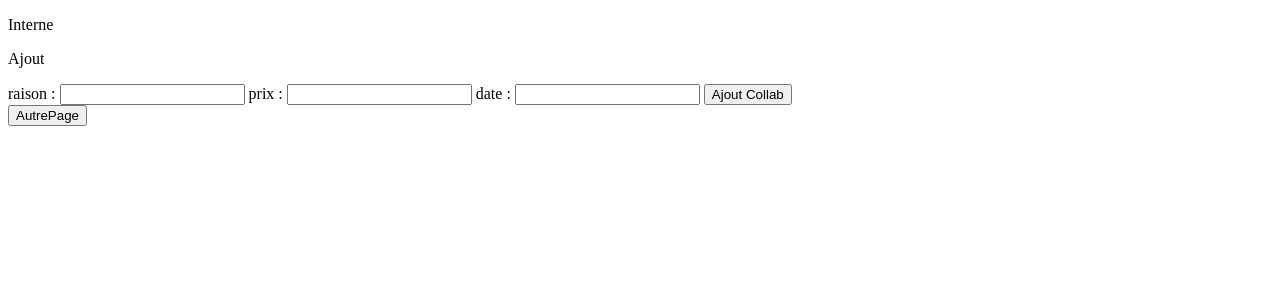
Repository: Shakibaei-2020/CRA_JEE_FINAL
Page: http://localhost/jee_crainfocom/ControleInterneGestionFrais
An editor plug-in stored every save of this project. The page is shown before and after the next save, followed by the edit.
The browser window is 1280 px wide. The pictures show the whole page.
The page is served by Tomcat 9.

Above is the page before, as saved 2021-04-02 14:27:56.

After the next save:
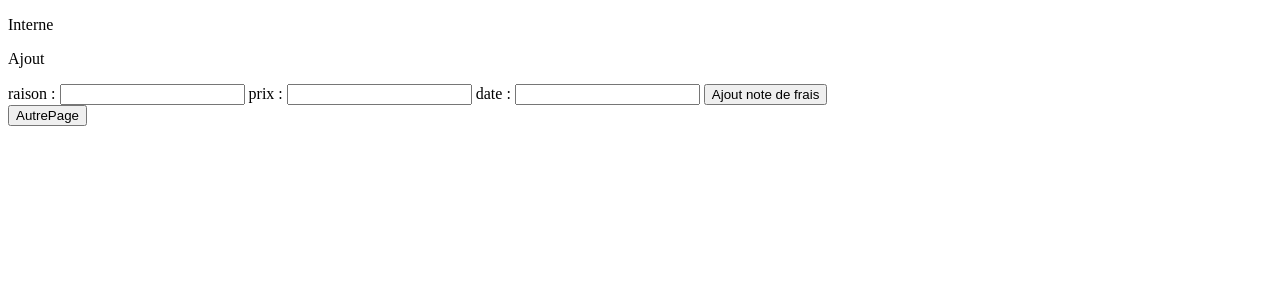
Saved 43 s later.
--- a/CRA_JEE_FINAL/jee_crainfocom/src/main/webapp/WEB-INF/AccueilInterne.jsp
+++ b/CRA_JEE_FINAL/jee_crainfocom/src/main/webapp/WEB-INF/AccueilInterne.jsp
@@ -9,7 +9,7 @@
 <body>
 <p>Interne</p>
 <p>Ajout</p>
-<form method="post" action="ControleAdminGestionCollab" >
+<form method="post" action="ControleInterneGestionFrais" >
 
             <label for="raisonIn">raison : </label>
             <input type="text" name="raisonIn" id="raisonIn" />
@@ -20,7 +20,7 @@
             <label for="dateIn">date : </label>
             <input type="text" name="dateIn" id="dateIn" />
 
-            <input type="submit" value="Ajout Collab" />
+            <input type="submit" value="Ajout note de frais" />
 </form>
 
 <form method="post" action="ControleAdminGestionCollab" >
